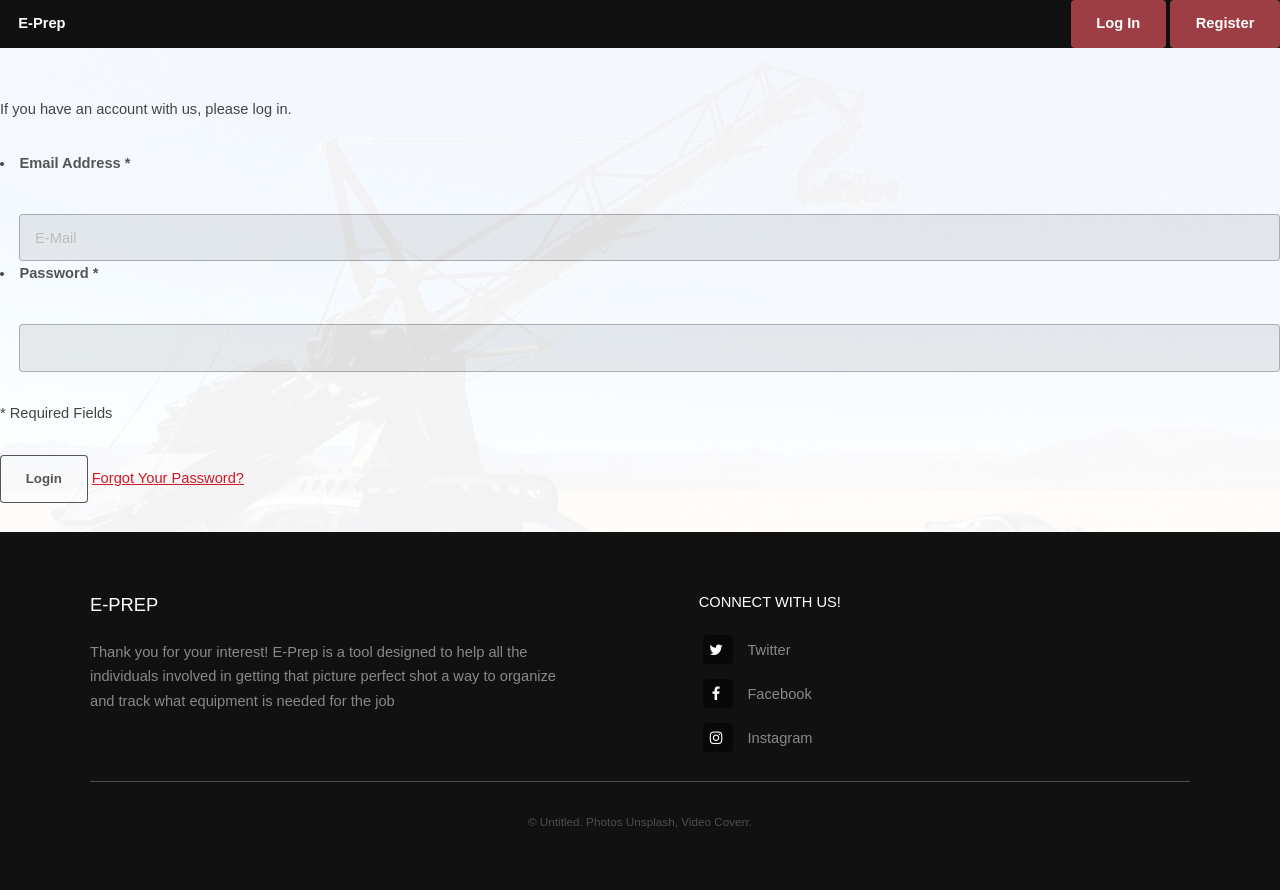
Repository: frankiep95/EPrep
Page: http://localhost/ePrep/WEB-INF/views/login.jsp
An editor plug-in stored every save of this project. The page is shown before and after the next save, followed by the edit.
The browser window is 1280 px wide. The pictures show the whole page.
Some web fonts or font styles are not loaded; a fallback is used. The page is served by Tomcat 9. Nobody is signed in. Other server files are loaded and not shown. The template is opened directly, without the code that normally fills it, so the values that code supplies are empty.

Above is the page before, as saved 2020-10-06 05:14:20.

### ePrep/src/main/webapp/WEB-INF/views/login.jsp
<%@ page language="java" contentType="text/html; charset=ISO-8859-1"
    pageEncoding="ISO-8859-1"%>
<!DOCTYPE html>
<html lang="en">
<head>
		<title>Log In</title>
		<meta charset="utf-8">
		<meta name="viewport" content="width=device-width, initial-scale=1, user-scalable=no">
		<meta name="description" content="">
		<meta name="keywords" content="">
		<link rel="stylesheet" href="static/assets/css/main.css">

</head>

<body class="">
<div>

  <!-- Header -->
  <jsp:include page="Components/header.jsp"/>
  <!-- end header -->

  <!-- Navbar -->


  <!-- Main Container -->

            <h3><small class="text-danger">${error} ${param.error}</small> <br>${msg}</h3>
            <form action="login" method="POST" >
            <div class="content">
              <p>If you have an account with us, please log in.
              </p>
              <ul class="form-list">
                <li>
                  <label for="email">Email Address <span class="required">*</span></label>
                  <br>
                  <input type="email" title="E-Mail" placeholder="E-Mail" class="input-text" id="email" name="email">
                </li>
                <li>
                  <label for="password">Password <span class="required">*</span></label>
                  <br>
                  <input type="password" title="" id="pass" class="input-text" name="password">
                </li>
              </ul>
              <p class="required">* Required Fields</p>
              <div class="buttons-set">
                <button id="send2" type="submit" class="button login"><span>Login</span></button>
                <a class="forgot-word" href="#">Forgot Your Password?</a> </div>
            </div>
            </form>

	<jsp:include page="Components/footer.jsp"/>

	</div>
</body>
</html>

### ePrep/src/main/webapp/WEB-INF/views/Components/header.jsp
<%@ taglib prefix="spring" uri="http://www.springframework.org/tags"%>
<%@ taglib prefix="c" uri="http://java.sun.com/jsp/jstl/core"%>
<header id="header">
	<a class="logo" href="index.html">E-Prep</a>
	<nav>
		<div>

				<c:choose>
					<c:when test="${empty loggedInUser}">
						<a class="button primary" href="login">Log In</a>
						<a class="button primary" href="register">Register</a>
					</c:when>
					<c:otherwise>
						<%--             	<c:if test="${fn:contains(role,'ADMINDBA')}"> --%>
						<c:if test="${role eq 'ADMIN' || role eq 'DBA'}">
							<a class="button" href="admin">ADMIN</a>"
						</c:if>
							<a class="button" href="profile">Profile</a>
							<a class="button" href="logout">Logout</a>
					</c:otherwise>
				</c:choose>



		</div>
	</nav>
</header>
<nav id="menu">
	<ul class="links">
		<li><a href="index.html">Home</a></li>
		<li><a href="elements.html">Elements</a></li>
		<li><a href="generic.html">Generic</a></li>
	</ul>
	<a href="#menu" class="close"></a>
</nav>

### ePrep/src/main/webapp/WEB-INF/views/Components/footer.jsp
			<footer id="footer">
				<div class="inner">
					<div class="content">
						<section>
							<h3>E-Prep</h3>
							<p>Thank you for your interest! E-Prep is a tool designed to help all the individuals involved in getting that picture perfect shot a way to organize and track what equipment is needed for the job</p>
						</section>

						<section>
							<h4>Connect with us!</h4>
							<ul class="plain">
								<li><a href="#"><i class="icon fa-twitter">&nbsp;</i>Twitter</a></li>
								<li><a href="#"><i class="icon fa-facebook">&nbsp;</i>Facebook</a></li>
								<li><a href="#"><i class="icon fa-instagram">&nbsp;</i>Instagram</a></li>
							</ul>
						</section>
					</div>
					<div class="copyright">
						© Untitled. Photos <a href="https://unsplash.co">Unsplash</a>, Video <a href="https://coverr.co">Coverr</a>.
					</div>
				</div>
			</footer>

Loaded but not shown: ePrep/src/main/webapp/static/assets/css/font-awesome.min.css (library); ePrep/src/main/webapp/static/assets/css/main.css (2826 lines, source omitted)

After the next save:
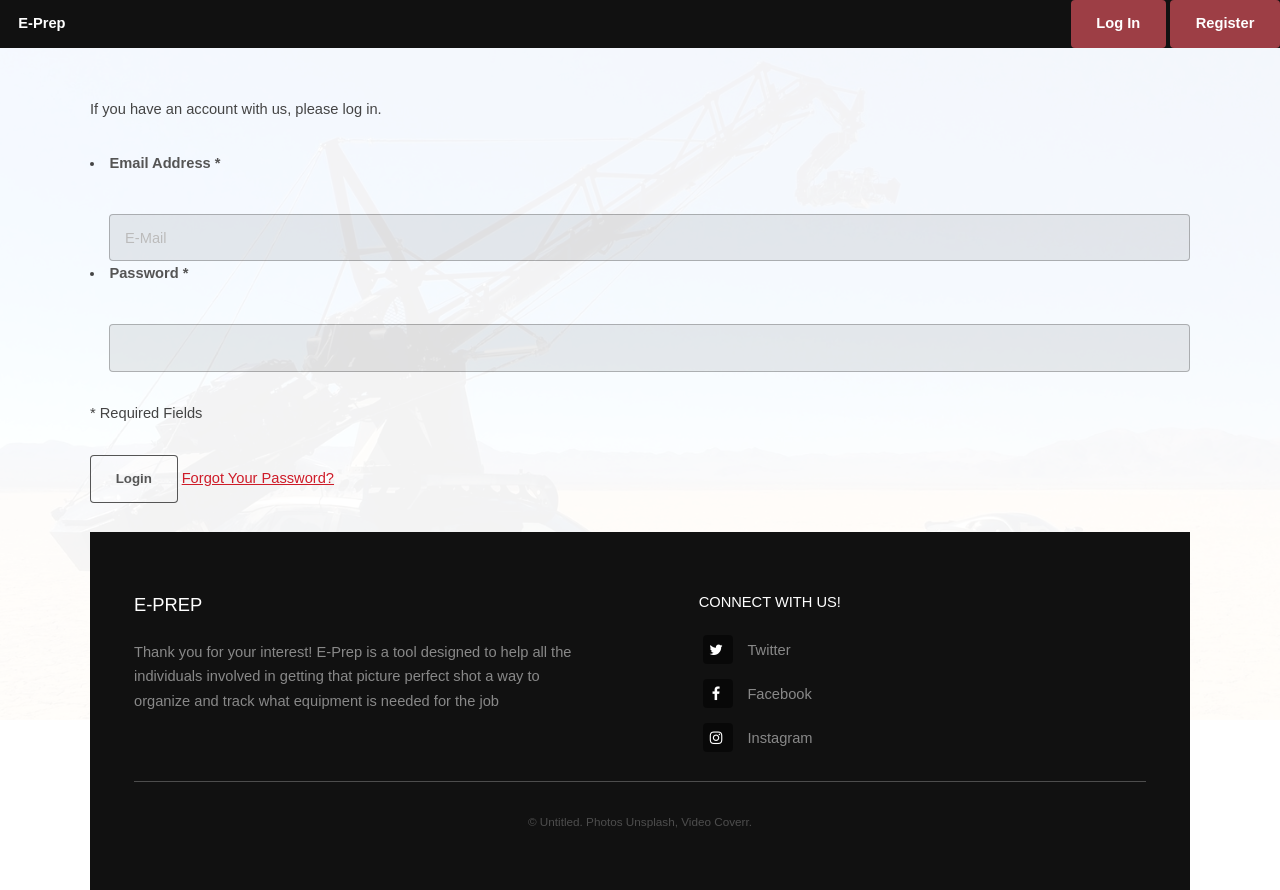
Saved 61 s later.
--- a/ePrep/src/main/webapp/WEB-INF/views/login.jsp
+++ b/ePrep/src/main/webapp/WEB-INF/views/login.jsp
@@ -13,7 +13,7 @@
 </head>
 
 <body class="">
-<div>
+<div class="inner">
 
   <!-- Header -->
   <jsp:include page="Components/header.jsp"/>
